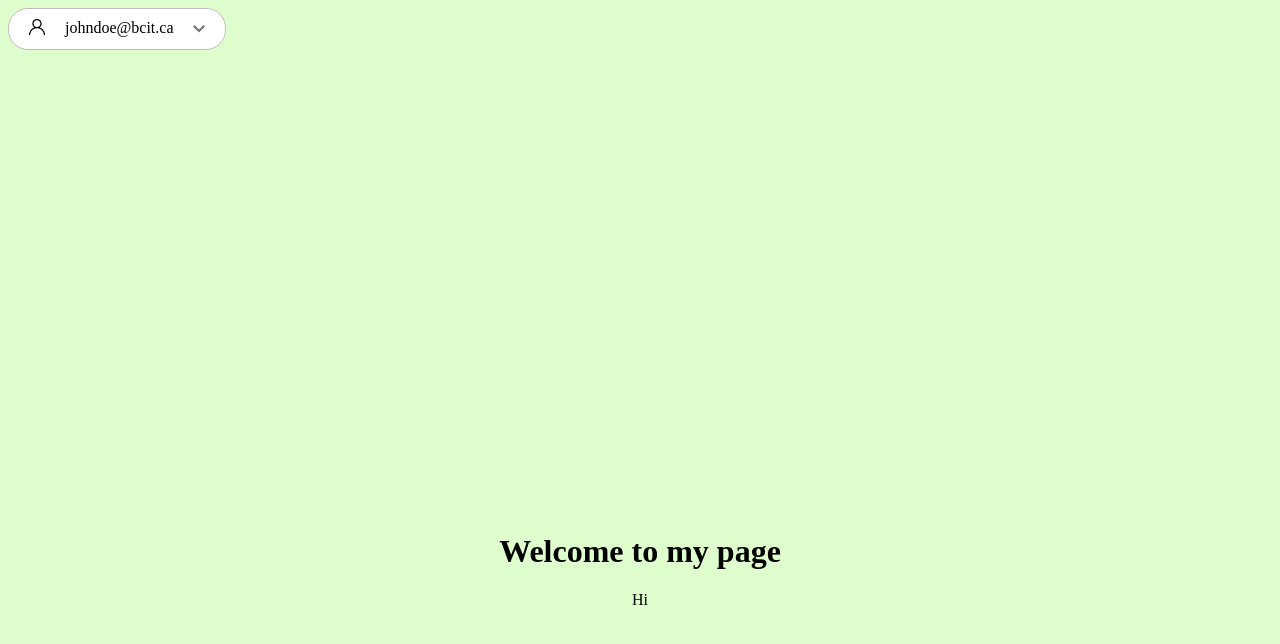
Repository: yafugray/practicemdia3126
Page: /
An editor plug-in stored every save of this project. The page is shown before and after the next save, followed by the edit.
The browser window is 1280 px wide. The pictures show the whole page.
The project was rebuilt for these pictures with package versions that can differ from the ones it lists, and the page was loaded fresh each time. The framework's server and built-in components were replaced by stand-ins that run in the browser.

Above is the page before, as saved 2020-12-19 00:33:59.

### pages/index.js
import React, {useState} from 'react';
import Menu from '../comps/Menu'
import Content from '../comps/Content'

export default function Home() {

  const [contentColor, setContentColor] = useState(false);
  const [contentImage, setContentImage] = useState(false);

  const HandleMenu = (str) =>{
    // capture what happened in the menu and change the page state based on it
      alert(str);
      if(str==="bg") {
        setContentColor("#DCA877");
      }
      if(str==="img") {
        setContentImage("none")
      }
  }
  return <div className="home">

    <div className="content">
      <Content bgcolor={contentColor} bgimg={contentImage}>
        <h1>Welcome to my page</h1>
        <div>Hi</div>
      </Content>
    </div>

    <div className="menu">
      <Menu onMenuSelect={HandleMenu} />
    </div>
  </div>
}

### pages/app.scss
// body {
//     background-color: aquamarine;
// }

//you can make a global variable. then you can use it into index.scss. you don't want to messup, so you should use it.
$fs:20px;

//you know, you have to put this flex box so many times over and over again, but if you make it global with @mixin and function name -> then include it in index.scss, then it works.
//this can reduce amount of your writing codes and length.
@mixin flexIt{
    display: flex;
    justify-content: center;
    align-items: center;
}

@import './index.scss';
// it helps you make better usable style.

### comps/Menu/index.js

import React, {useState, useEffect} from 'react';
import styled from 'styled-components';
//useEffect - beginning lifecycle, update the lifecycle and end the lifecycle

const Container = styled.div`
    display:inline-flex;
    flex-direction:column;
`;
const DropDownMenu = styled.div`
    border: 1px solid #BDBDBD;
    box-sizing: border-box;
    border-radius: 20px;
    display:inline-flex;
    justify-content:center;
    align-items:center;
    cursor:pointer;
    background-color: #FFF;
    transition:background-color 0.5s;
    &:hover{
        background-color:#DDD;
    }
`;

const DropDownBox = styled.div`
    width:100%;
    padding:10px;
    display:flex;
    div {
        margin:0 10px;

    }
`;

const Expand = styled.div`
    background: #FFFFFF;
    border: 1px solid #EAEAEA;
    box-sizing: border-box;
    box-shadow: 5px 0px 18px rgba(0, 0, 0, 0.08);
    display:${props=>props.expanded ? "inline-flex" : "hidden" };
    height:${props=>props.expanded ? "auto" : "0px" };
    font-size:${props=>props.expanded ? "18px" : "0px" };
    opacity:${props=>props.expanded ? 1 : 0 };
    transition:opacity 0.5s;
    flex-direction:column;
    margin-top:10px;
    div{
        padding:${props=>props.expanded ? "10px 15px" : "0px" };
        margin:${props=>props.expanded ? "5px 0" : "0px" };
        cursor: pointer;
        &:hover {
            background-color:#DDD;
        }
    }
`;

const ExpandedIcon = styled.img`
transition: transform 0.3s;
    transform: ${props=>props.expanded ? "rotate(180deg)" : "none"};
`;

const Menu = ({expand, onMenuSelect}) =>{
    //when you useState, if you put expand instead of 'false', it will be working only once.
    const [expanded, setExpanded] = useState(false);

    // when our components have configuration changed
    //But if you use useEffect, you can use expand instead of 'false' and it will be working repeatedely.
    useEffect(()=>{
        setExpanded(expand);
    },[expand])

    return <Container>
        <DropDownMenu onClick={()=> (
            setExpanded(!expanded)
            //click -> true
            //click -> false(default, start)
        )}>
            <DropDownBox>
                <div><img src='/profile.png'></img></div>
                <div>johndoe@bcit.ca</div>
                <div><ExpandedIcon src="/expand.png" expanded={expanded}/></div>
            </DropDownBox>
        </DropDownMenu>

        <Expand expanded={expanded}>
            <div onClick={()=>{
                onMenuSelect("bg");
            }}>Change BG Color</div>
            <div onClick={()=>{
                onMenuSelect("img");
            }}>Change BG Image</div>
            <div onClick={()=>{
                onMenuSelect("help");
            }}>Help</div>
        </Expand>
    </Container>
}

 Menu.defaultProps = {
    expand:false
 }

 export default Menu;

 //step 1, Setup
 //step 2, style it out
 //step 3, figure out the state that style associated
 //step 4, make it configure
 //step 5, work on the pages and build the layout
 //step 6, use interactions to make components to pass information to the pages. e.g. onclick is the interactions, and it will excute 'onMenuSelect' function and will go through the pages and tell them with 'str'. if str === bg or img or help, it will take an motion based on it.

### comps/Content/index.js
import React from 'react';
import styled from 'styled-components';
//useEffect - beginning lifecycle, update the lifecycle and end the lifecycle


const Container = styled.div`
    width:100%;
    height:100%;
    background-color:${props=>props.bgcolor ? props.bgcolor : "#DEFECD"};
    min-height:10px;
    min-height:10px;
`;

const ImgContainer = styled.div`
    width:50%;
    height:50%;
    min-height:400px;
    flex:
`;

const Content = ({children, bgcolor, bgimg}) => {
    return <Container bgcolor={bgcolor}>
            <ImgContainer src="/maho.png"></ImgContainer>
            {children}
    </Container>
}

Content.defaultProps = {
    bgcolor:"#DEFECD",
    bgimg:"src(/cherry.png)"
}

export default Content;

### pages/index.scss
.home {
    .menu {
        position: relative;
        z-index: 2;
    }
    .content {
        position:fixed;
        left:0;
        top:0;
        width: 100vw;
        height: 100vh;
        z-index: -1;

        &>div{
            @include flexIt();
            flex-direction:column;
        }
    }
}

Loaded but not shown: pages/_app.js (common file)

After the next save:
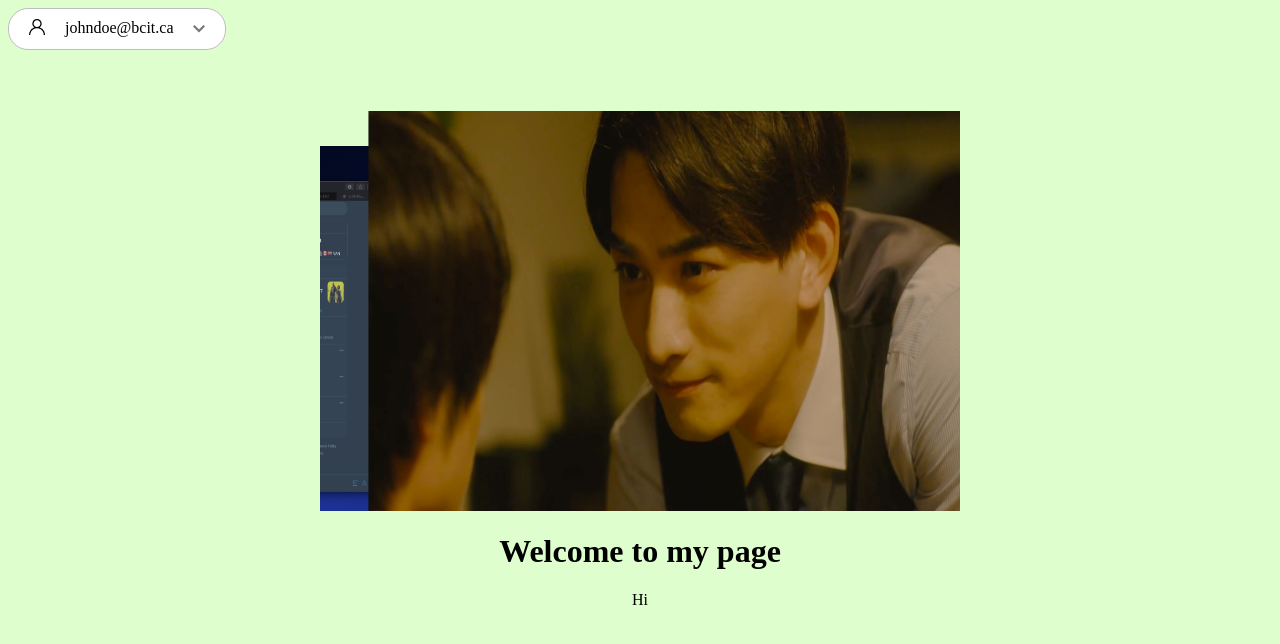
Saved 11 s later.
--- a/comps/Content/index.js
+++ b/comps/Content/index.js
@@ -11,7 +11,7 @@ const Container = styled.div`
     min-height:10px;
 `;
 
-const ImgContainer = styled.div`
+const ImgContainer = styled.img`
     width:50%;
     height:50%;
     min-height:400px;
